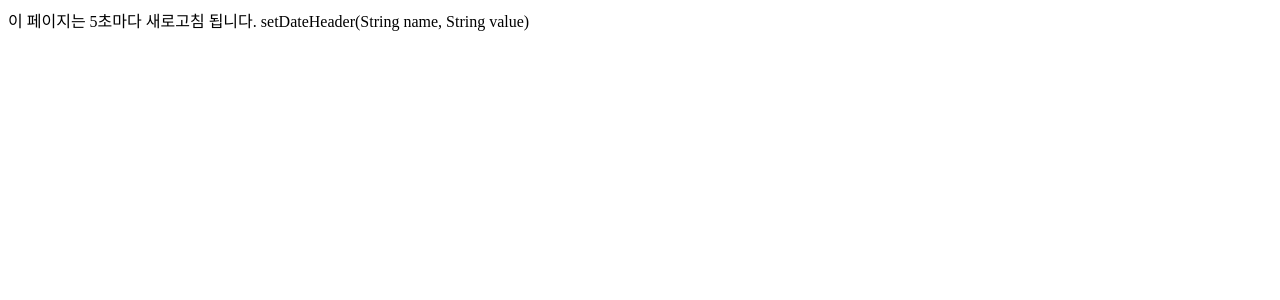
Repository: sunyeongan/Univ_lecture
Page: WebSever_2022/work/week9/week9/src/main/webapp/ex3.html
The author's editor kept a copy of each file at every save. The page is drawn from the files as they stood at one save, then again after the next save.
The browser window is 1280 px wide. The pictures show the whole page.

Above is the page before, as saved 2022-04-26 03:06:26.

After the next save:
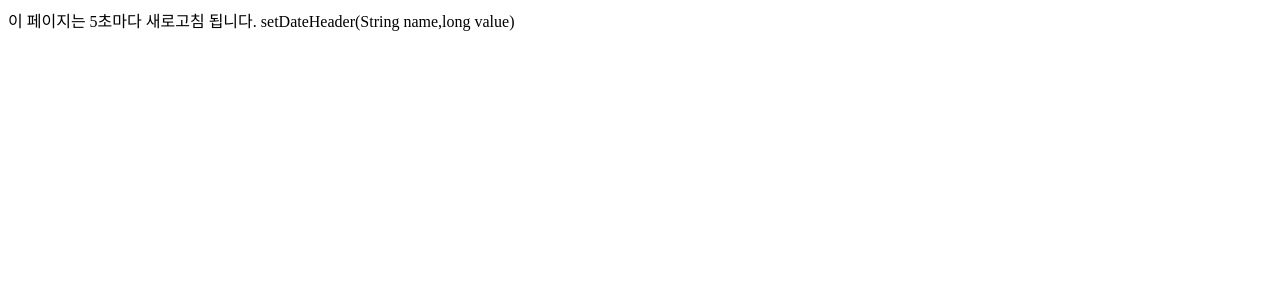
Saved 110 s later.
--- a/WebSever_2022/work/week9/week9/src/main/webapp/ex3.html
+++ b/WebSever_2022/work/week9/week9/src/main/webapp/ex3.html
@@ -6,6 +6,6 @@
 </head>
 <body>
 이 페이지는 5초마다 새로고침 됩니다.
-setDateHeader(String name, String value)
+setDateHeader(String name,long value)
 </body>
 </html>
